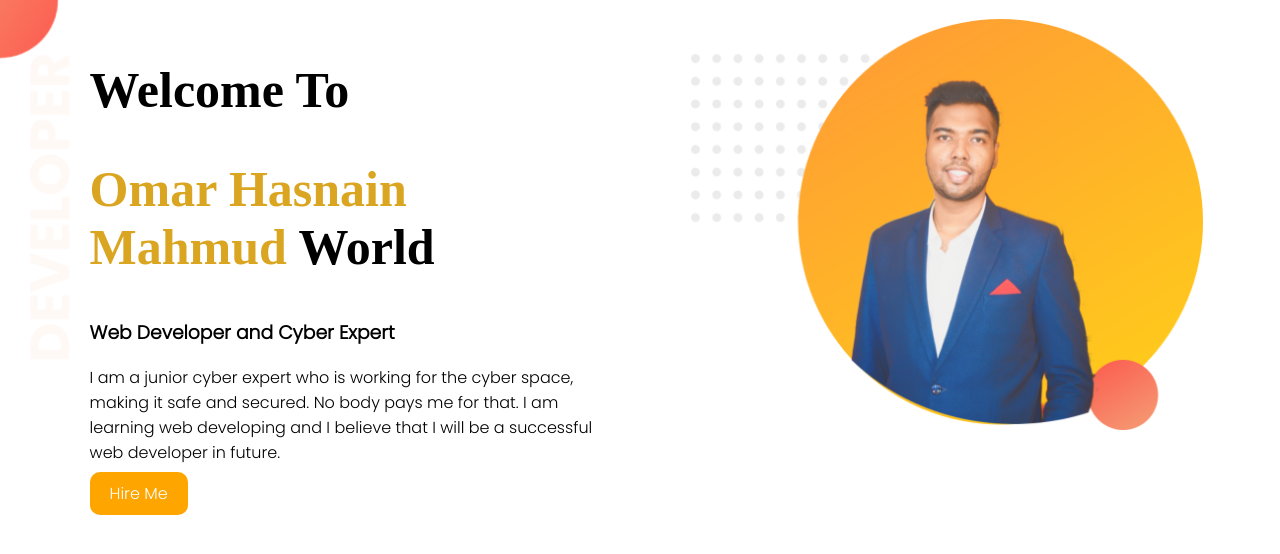
Repository: omarhasnain/web-portfolio
Page: index.html
These files come from the project's save history. The page is drawn as it stood at one moment and after the next save; the edit follows.
The browser window is 1280 px wide. The pictures show the whole page.
Some web fonts or font styles are not loaded; a fallback is used.

Above is the page before, as saved 2021-01-05 21:40:10.

After the next save:
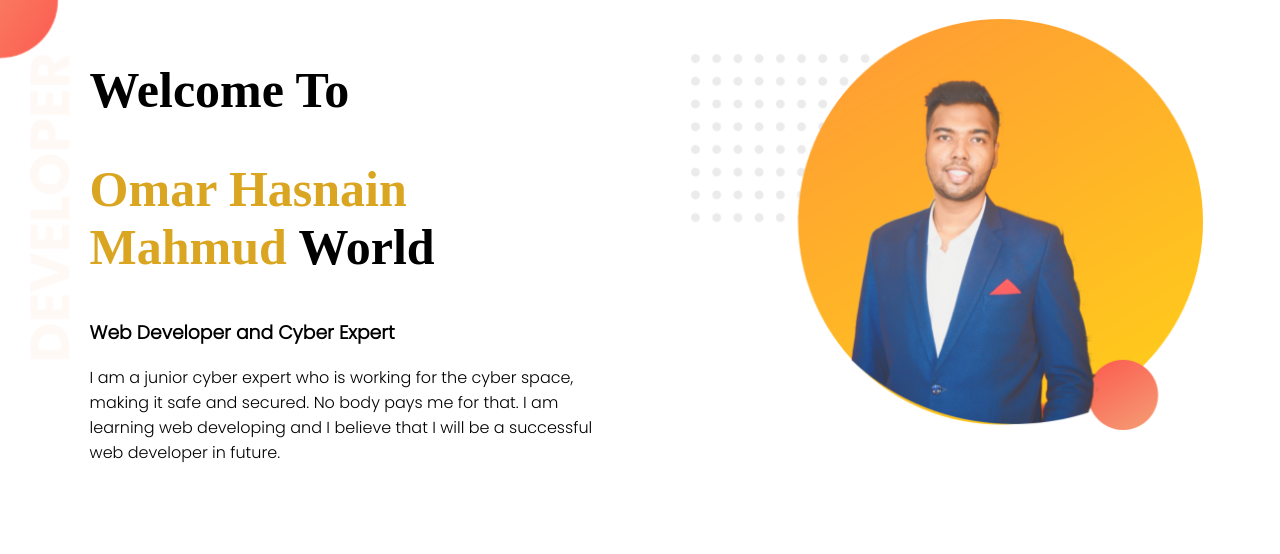
Saved 59 s later.
--- a/web portfolio style.css
+++ b/web portfolio style.css
@@ -33,7 +33,7 @@
 }
 .link-button{
     text-decoration: none;
-    background-color: orange;
+
     padding: 10px 20px;
     border-radius: 10px;
     color: white;
